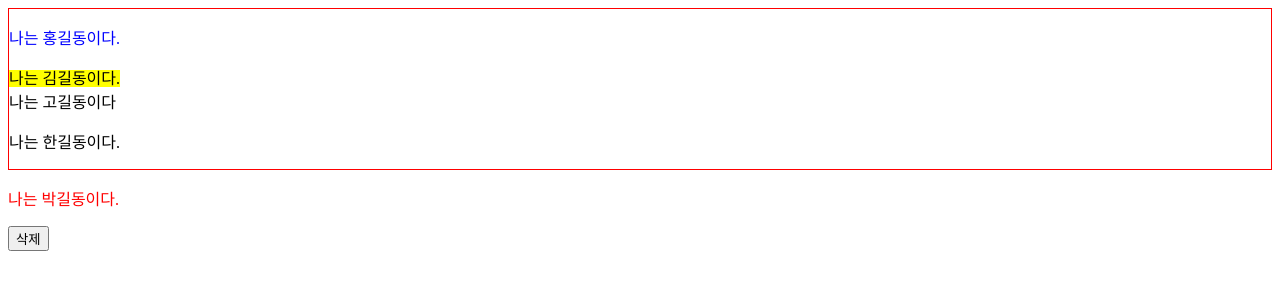
Repository: dhfkdlxm/Lecture-Web
Page: Lecture-Web/WebContent/jquery/exam16.html
An editor plug-in stored every save of this project. The page is shown before and after the next save, followed by the edit.
The browser window is 1280 px wide. The pictures show the whole page.

Above is the page before, as saved 2021-06-17 07:31:51.

After the next save:
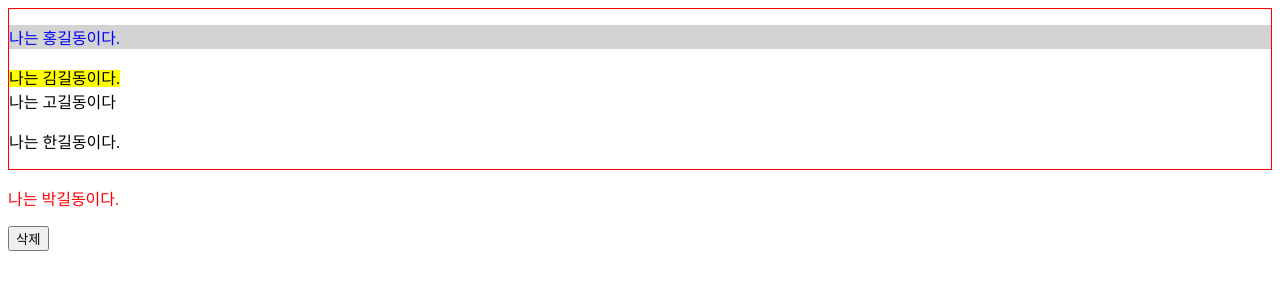
Saved 28 s later.
--- a/Lecture-Web/WebContent/jquery/exam16.html
+++ b/Lecture-Web/WebContent/jquery/exam16.html
@@ -17,7 +17,7 @@ div {
 }
 
 .backGray {
-	background-color: lighgray;
+	background-color: lightgray;
 }
 </style>
 <script type="text/javascript" src="js/jquery-3.6.0.min.js"></script>
